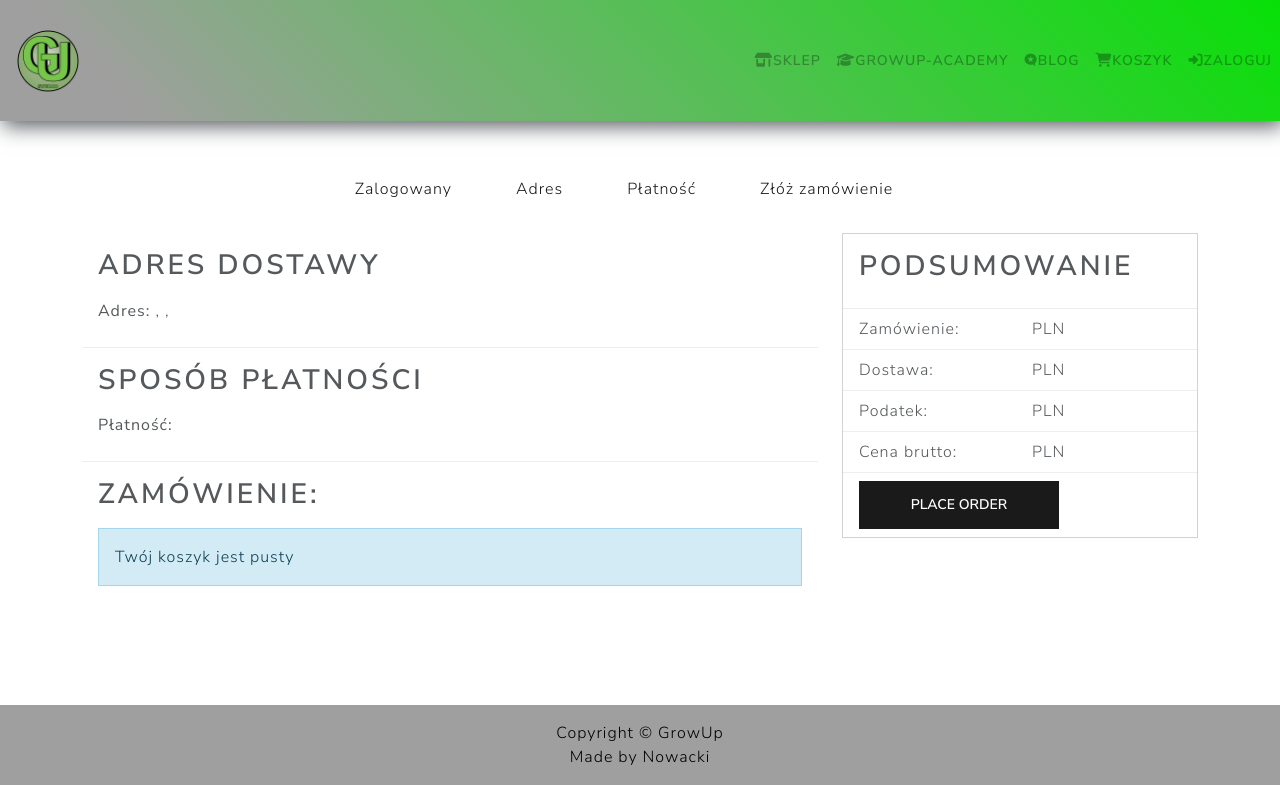
Repository: Nowacki97PL/GrowUpFullStack
Page: /placeorder (app in grow-up-fe/)
The author's editor kept a copy of each file at every save. The page is drawn from the files as they stood at one save, then again after the next save.
The browser window is 1280 px wide. The pictures show the whole page.
The project was rebuilt for these pictures with package versions that can differ from the ones it lists, and the page was loaded fresh each time. Also part of the build but not shown: grow-up-fe/src/components/Rating.js, grow-up-fe/src/components/Product.js, grow-up-fe/src/components/Loader.js, grow-up-fe/src/actions/productActions.js, grow-up-fe/src/screens/ShopScreen.js, grow-up-fe/src/screens/ProductScreen.js, grow-up-fe/src/screens/HomeScreen.js, grow-up-fe/src/actions/cartActions.js and 7 more.

Above is the page before, as saved 2024-02-24 18:22:05.

### grow-up-fe/public/index.html
<!doctype html>
<html lang="pl">
  <head>
    <meta charset="utf-8">
    <meta name="viewport" content="width=device-width, initial-scale=1">
    <link rel="shortcut icon" href="%PUBLIC_URL%/logo.png">
    <link rel="stylesheet" href="https://cdnjs.cloudflare.com/ajax/libs/font-awesome/6.5.1/css/all.min.css" integrity="sha512-DTOQO9RWCH3ppGqcWaEA1BIZOC6xxalwEsw9c2QQeAIftl+Vegovlnee1c9QX4TctnWMn13TZye+giMm8e2LwA==" crossorigin="anonymous" referrerpolicy="no-referrer" />
    <!--
      Notice the use of %PUBLIC_URL% in the tag above.
      It will be replaced with the URL of the `public` folder during the build.
      Only files inside the `public` folder can be referenced from the HTML.

      Unlike "/favicon.ico" or "favicon.ico", "%PUBLIC_URL%/favicon.ico" will
      work correctly both with client-side routing and a non-root public URL.
      Learn how to configure a non-root public URL by running `npm run build`.
    -->
    <title>Grow-Up</title>
  </head>
  <body>
    <div id="root"></div>
    <!--
      This HTML file is a template.
      If you open it directly in the browser, you will see an empty page.

      You can add webfonts, meta tags, or analytics to this file.
      The build step will place the bundled scripts into the <body> tag.

      To begin the development, run `npm start`.
      To create a production bundle, use `npm run build`.
    -->
  </body>
</html>

### grow-up-fe/src/index.js
import React from 'react';
import ReactDOM from 'react-dom/client';
import {Provider} from 'react-redux'
import store from './store'

import App from './App';
import './index.css';
import './bootstrap.css';

const rootElement = document.getElementById('root');

// Użyj createRoot zamiast ReactDOM.render
const root = ReactDOM.createRoot(rootElement);
root.render(
<Provider store={store}>
<App />
</Provider>);

### grow-up-fe/src/store.js
import { createStore, combineReducers, applyMiddleware } from "redux";
import { thunk } from "redux-thunk";
import { composeWithDevTools } from "redux-devtools-extension";
import {
	productListReducers,
	productDetailsReducers,
} from "./reducers/productReducers";
import { cartReducer } from "./reducers/cartReducers";
import { userLoginReducer, userRegisterReducer, userDetailsReducer, userUpdateProfileReducer } from "./reducers/userReducers";

const reducer = combineReducers({
	productList: productListReducers,
	productDetails: productDetailsReducers,
	cart: cartReducer,
	userLogin: userLoginReducer,
	userRegister: userRegisterReducer,
	userDetails: userDetailsReducer,
	userUpdateProfile: userUpdateProfileReducer,
});

const cartItemsFromStorage = localStorage.getItem("cartItems")
	? JSON.parse(localStorage.getItem("cartItems"))
	: [];

const userInfoFromStorage = localStorage.getItem("userInfo")
	? JSON.parse(localStorage.getItem("userInfo"))
	: null;

const shippingAddressFromStorage = localStorage.getItem('shippingAddress') ?
    JSON.parse(localStorage.getItem('shippingAddress')) : {}

	const initialState = {
		cart: {
			cartItems: cartItemsFromStorage,
			shippingAddress: shippingAddressFromStorage,
		},
		userLogin: { userInfo: userInfoFromStorage },
	}

const middleware = [thunk];

const store = createStore(
	reducer,
	initialState,
	composeWithDevTools(applyMiddleware(...middleware))
);

store.subscribe(() => {
	const { cart } = store.getState();
	localStorage.setItem("cartItems", JSON.stringify(cart.cartItems));
});

export default store;

### grow-up-fe/src/App.js
import React from "react";

import { Container } from "react-bootstrap";
import { BrowserRouter as Router, Route, Routes } from "react-router-dom";

import Header from "./components/Header";
import Footer from "./components/Footer";
import ShopScreen from "./screens/ShopScreen";
import ProductScreen from "./screens/ProductScreen";
import HomeScreen from './screens/HomeScreen'
import CartScreen from './screens/CartScreen'
import LoginScreen from './screens/LoginScreen'
import RegisterScreen from './screens/RegisterScreen'
import ProfileScreen from './screens/ProfileScreen'
import ShippingScreen from "./screens/ShippingScreen";
import PaymentScreen from "./screens/PaymentScreen";
import PlaceOrderScreen from "./screens/PlaceOrderScreen";

function App() {
	return (
		<Router>
			<Header />
			<main className="py-5">
				<Container>
					<Routes>
						<Route path="/" element={<HomeScreen />}></Route>
						<Route path="/login" element={<LoginScreen />}></Route>
						<Route path="/register" element={<RegisterScreen />}></Route>
						<Route path="/profile" element={<ProfileScreen />}></Route>
						<Route path="/shipping" element={<ShippingScreen/>}></Route>
						<Route path="/payment" element={<PaymentScreen/>}></Route>
						<Route path="/placeorder" element={<PlaceOrderScreen/>}></Route>
						<Route path="/shop" element={<ShopScreen />}></Route>
						<Route path="/product/:id" element={<ProductScreen />}></Route>
						<Route path="/cart/:id?" element={<CartScreen />}></Route>
					</Routes>
				</Container>
			</main>
			<Footer />
		</Router>
	);
}

export default App;

### grow-up-fe/src/index.css
main {
  min-height: 81.1vh;
  width: 100%;
}


.nav-main {
  width: 100%;
  margin: 0;
}

#Navbar {
  background: linear-gradient(45deg, rgb(160, 159, 159) 10%, rgb(7, 224, 7));
  box-shadow: 3px 5px 20px;
  display: flex;
  justify-content: space-between;
  align-items: center;
}

.navbar-toggler {
  margin-right: 1rem;
}

.img-logo img {
  display: flex;
  height: 3.95rem;
  margin-left: 1rem;
}

#card-title {
  text-decoration: none;
}

h1 {
  font-size: 1.8rem;
  padding: 1rem 0;
}

h2 {
  font-size: 1.4rem;
  padding: 0.5rem 0;
}

h3 {
  padding: 1rem 0;
}

.rating span {
  margin: 0.1rem;
}

#card-border-color {
  border-color: rgb(7, 224, 7);
}

#placeOrderButton {
  width: 100%;
}

.Footer-main {
  background:  rgb(160, 159, 159);
  width: 100%;
  color: black;
}

.custom-btn {
  width: 200px !important;
  margin: 0 auto;
}

### grow-up-fe/src/reducers/productReducers.js
import {
	PRODUCT_LIST_REQUEST,
	PRODUCT_LIST_SUCCESS,
	PRODUCT_LIST_FAIL,
	PRODUCT_DETAILS_REQUEST,
	PRODUCT_DETAILS_SUCCESS,
	PRODUCT_DETAILS_FAIL
} from "../constants/productConstants";

export const productListReducers = (state = { products: [] }, action) => {
	switch (action.type) {
		case PRODUCT_LIST_REQUEST:
			return { loading: true, products: [] };

		case PRODUCT_LIST_SUCCESS:
			return { loading: false, products: action.payload };

		case PRODUCT_LIST_FAIL:
			return { loading: false, error: action.payload };

		default:
			return state;
	}
};


export const productDetailsReducers = (state = { product: {reviews: []} }, action) => {
	switch (action.type) {
		case PRODUCT_DETAILS_REQUEST:
			return { loading: true, ...state };

		case PRODUCT_DETAILS_SUCCESS:
			return { loading: false, product: action.payload };

		case PRODUCT_DETAILS_FAIL:
			return { loading: false, error: action.payload };

		default:
			return state;
	}
};

### grow-up-fe/src/reducers/cartReducers.js
import {
    CART_ADD_ITEM,
    CART_REMOVE_ITEM,
    CART_SAVE_SHIPPING_ADDRESS,

    CART_SAVE_PAYMENT_METHOD,

    CART_CLEAR_ITEMS,
} from '../constants/cartConstans'

export const cartReducer = (state = { cartItems: [] }, action) => {
	switch (action.type) {
		case CART_ADD_ITEM:
			const item = action.payload;
			const existItem = state.cartItems.find((x) => x.product === item.product);

			if (existItem) {
				return {
					...state,
					cartItems: state.cartItems.map((x) =>
						x.product === existItem.product ? item : x
					),
				};
			} else {
				return {
					...state,
					cartItems: [...state.cartItems, item],
				};
			}

		case CART_REMOVE_ITEM:
			return {
				...state,
				cartItems: state.cartItems.filter((x) => x.product !== action.payload),
			};

			case CART_SAVE_SHIPPING_ADDRESS:
				return {
					...state,
					shippingAddress: action.payload
				}

			case CART_SAVE_PAYMENT_METHOD:
				return {
					...state,
					paymentMethod: action.payload
				}

			case CART_CLEAR_ITEMS:
				return {
					...state,
					cartItems: []
				}


		default:
			return state;
	}
};

### grow-up-fe/src/reducers/userReducers.js
import {
	USER_LOGIN_REQUEST,
	USER_LOGIN_SUCCESS,
	USER_LOGIN_FAIL,
	USER_LOGOUT,
	USER_REGISTER_REQUEST,
	USER_REGISTER_SUCCESS,
	USER_REGISTER_FAIL,
	USER_DETAILS_REQUEST,
	USER_DETAILS_SUCCESS,
	USER_DETAILS_FAIL,
	USER_DETAILS_RESET,
	USER_UPDATE_PROFILE_REQUEST,
	USER_UPDATE_PROFILE_SUCCESS,
	USER_UPDATE_PROFILE_FAIL,
	USER_UPDATE_PROFILE_RESET,
} from "../constants/userConstans";

export const userLoginReducer = (state = {}, action) => {
	switch (action.type) {
		case USER_LOGIN_REQUEST:
			return { loading: true };

		case USER_LOGIN_SUCCESS:
			return { loading: false, userInfo: action.payload };

		case USER_LOGIN_FAIL:
			return { loading: false, error: action.payload };

		case USER_LOGOUT:
			return { loading: false };

		default:
			return state;
	}
};

export const userRegisterReducer = (state = {}, action) => {
	switch (action.type) {
		case USER_REGISTER_REQUEST:
			return { loading: true };

		case USER_REGISTER_SUCCESS:
			return { loading: false, userInfo: action.payload };

		case USER_REGISTER_FAIL:
			return { loading: false, error: action.payload };

		case USER_LOGOUT:
			return { loading: false };

		default:
			return state;
	}
};

export const userDetailsReducer = (state = { user: {} }, action) => {
	switch (action.type) {
		case USER_DETAILS_REQUEST:
			return { ...state, loading: true };

		case USER_DETAILS_SUCCESS:
			return { loading: false, user: action.payload };

		case USER_DETAILS_FAIL:
			return { loading: false, error: action.payload };

		case USER_DETAILS_RESET:
			return { user: {} };

		default:
			return state;
	}
};

export const userUpdateProfileReducer = (state = {}, action) => {
	switch (action.type) {
		case USER_UPDATE_PROFILE_REQUEST:
			return { loading: true };

		case USER_UPDATE_PROFILE_SUCCESS:
			return { loading: false, success: true, userInfo: action.payload };

		case USER_UPDATE_PROFILE_FAIL:
			return { loading: false, error: action.payload };

		case USER_UPDATE_PROFILE_RESET:
			return {};

		default:
			return state;
	}
};

### grow-up-fe/src/components/Header.js
import React from "react";
import { useDispatch, useSelector } from "react-redux";
import Nav from "react-bootstrap/Nav";
import Navbar from "react-bootstrap/Navbar";
import { Container, NavDropdown } from "react-bootstrap";
import { LinkContainer } from "react-router-bootstrap";
import { logout } from "../actions/userActions";

function Header() {
	const userLogin = useSelector((state) => state.userLogin);
	const { userInfo } = userLogin;
	const dispatch = useDispatch();

	const logoutHandler = () => {
		dispatch(logout());
	};

	return (
		<header>
			<Navbar expand="md" id="Navbar" collapseOnSelect>

					<LinkContainer to="/">
						<Navbar.Brand className="img-logo">
							<img src="logo.png" alt="logo"></img>
						</Navbar.Brand>
					</LinkContainer>

					<Navbar.Toggle aria-controls="basic-navbar-nav" />
					<Navbar.Collapse id="basic-navbar-nav">
						<Nav className="ms-md-auto">
							<LinkContainer to="/shop">
								<Nav.Link>
									<i className="fa-solid fa-shop"></i>
									Sklep
								</Nav.Link>
							</LinkContainer>

							<LinkContainer to="/growup-academy">
								<Nav.Link>
									<i className="fa-solid fa-graduation-cap"></i>
									GrowUp-Academy
								</Nav.Link>
							</LinkContainer>

							<LinkContainer to="/blog">
								<Nav.Link>
									<i className="fa-brands fa-microblog"></i>
									blog
								</Nav.Link>
							</LinkContainer>

							<LinkContainer to="/cart">
								<Nav.Link>
									<i className="fas fa-shopping-cart"></i>Koszyk
								</Nav.Link>
							</LinkContainer>

							{userInfo ? (
								<NavDropdown title={userInfo.name} id="username">
									<LinkContainer to="/profile">
										<NavDropdown.Item>
											<i className="fas fa-user"></i>Profil
										</NavDropdown.Item>
									</LinkContainer>
									<NavDropdown.Item onClick={logoutHandler}>
										<i className="fa-solid fa-right-from-bracket"></i>
										Wyloguj
									</NavDropdown.Item>
								</NavDropdown>
							) : (
								<LinkContainer to="/login">
									<Nav.Link>
										<i className="fa-solid fa-right-to-bracket"></i>
										Zaloguj
									</Nav.Link>
								</LinkContainer>
							)}
						</Nav>
					</Navbar.Collapse>

			</Navbar>
		</header>
	);
}

export default Header;

### grow-up-fe/src/components/Footer.js
import React from 'react'
import {Container, Row, Col} from 'react-bootstrap'

function Footer() {
  return (
    <footer className='Footer-main'>
      <Container>
        <Row>
          <Col className='text-center py-3'>
          Copyright &copy; GrowUp <br></br>
          Made by Nowacki
          </Col>
        </Row>
      </Container>

    </footer>
  )
}

export default Footer

### grow-up-fe/src/screens/PlaceOrderScreen.js
import React, { useState, useEffect } from "react";
import { Button, Row, Col, ListGroup, Image, Card } from "react-bootstrap";
import { Link } from "react-router-dom";
import { useNavigate } from "react-router-dom";
import { useDispatch, useSelector } from "react-redux";
import Message from "../components/Message";
import CheckoutSteps from "../components/CheckoutSteps";
function PlaceOrderScreen() {
	const cart = useSelector((state) => state.cart);
	const placeOrder = () => {
		console.log("Place Order");
	};

	return (
		<div>
			<CheckoutSteps step1 step2 step3 step4 />
			<Row>
				<Col md={8}>
					<ListGroup variant="flush">
						<ListGroup.Item>
							<h2>Adres dostawy</h2>

							<p>
								<strong>Adres: </strong>
								{cart.shippingAddress.address}, {cart.shippingAddress.city}
								{"  "}
								{cart.shippingAddress.postalCode},{cart.shippingAddress.country}
							</p>
						</ListGroup.Item>

						<ListGroup.Item>
							<h2>Sposób płatności</h2>

							<p>
								<strong>Płatność: </strong>
								{cart.paymentMethod}
							</p>
						</ListGroup.Item>

						<ListGroup.Item>
							<h2>Zamówienie:</h2>
							{cart.cartItems.length === 0 ? (
								<Message variant="info">Twój koszyk jest pusty</Message>
							) : (
								<ListGroup variant="flush">
									{cart.cartItems.map((item, index) => (
										<ListGroup.Item key={index}>
											<Row>
												<Col md={3}>
													<Image
														src={item.image}
														alt={item.name}
														fluid
														rounded
													/>
												</Col>
												<Col>
													<Link to={`/product/${item.product}`}>
														{item.name}
													</Link>
												</Col>
												<Col md={4}>
													{item.qty} x {item.price} ={" "}
													{(item.qty * item.price).toFixed(2)} PLN
												</Col>
											</Row>
										</ListGroup.Item>
									))}
								</ListGroup>
							)}
						</ListGroup.Item>
					</ListGroup>
				</Col>

				<Col md={4}>
					<Card>
						<ListGroup variant="flush">
							<ListGroup.Item>
								<h2>Podsumowanie</h2>
							</ListGroup.Item>

							<ListGroup.Item>
								<Row>
									<Col>Zamówienie:</Col>
									<Col>{cart.cartItems.price} PLN</Col>
								</Row>
							</ListGroup.Item>

							<ListGroup.Item>
								<Row>
									<Col>Dostawa:</Col>
									<Col>{cart.shippingPrice} PLN</Col>
								</Row>
							</ListGroup.Item>

							<ListGroup.Item>
								<Row>
									<Col>Podatek:</Col>
									<Col>{cart.taxPrice} PLN</Col>
								</Row>
							</ListGroup.Item>

							<ListGroup.Item>
								<Row>
									<Col>Cena brutto:</Col>
									<Col>{cart.totalPrice} PLN</Col>
								</Row>
							</ListGroup.Item>

							 <ListGroup.Item>
                                <Button
                                    type='button'
                                    className='custom-btn'
                                    disabled={cart.cartItems === 0}
                                    onClick={placeOrder}
                                >
                                    Place Order
                                </Button>
                            </ListGroup.Item>
						</ListGroup>
					</Card>
				</Col>
			</Row>
		</div>
	);
}

export default PlaceOrderScreen;

### grow-up-fe/src/constants/productConstants.js
export const PRODUCT_LIST_REQUEST = 'PRODUCT_LIST_REQUEST'
export const PRODUCT_LIST_SUCCESS = 'PRODUCT_LIST_SUCCESS'
export const PRODUCT_LIST_FAIL = 'PRODUCT_LIST_FAIL'


export const PRODUCT_DETAILS_REQUEST = 'PRODUCT_DETAILS_REQUEST'
export const PRODUCT_DETAILS_SUCCESS = 'PRODUCT_DETAILS_SUCCESS'
export const PRODUCT_DETAILS_FAIL = 'PRODUCT_DETAILS_FAIL'

### grow-up-fe/src/constants/userConstans.js
export const USER_LOGIN_REQUEST = "USER_LOGIN_REQUEST";
export const USER_LOGIN_SUCCESS = "USER_LOGIN_SUCCESS";
export const USER_LOGIN_FAIL = "USER_LOGIN_FAIL";

export const USER_LOGOUT = "USER_LOGIN_REQUEST";

export const USER_REGISTER_REQUEST = "USER_REGISTER_REQUEST";
export const USER_REGISTER_SUCCESS = "USER_REGISTER_SUCCESS";
export const USER_REGISTER_FAIL = "USER_REGISTER_FAIL";

export const USER_DETAILS_REQUEST = "USER_DETAILS_REQUEST";
export const USER_DETAILS_SUCCESS = "USER_DETAILS_SUCCESS";
export const USER_DETAILS_FAIL = "USER_DETAILS_FAIL";
export const USER_DETAILS_RESET = "USER_DETAILS_RESET";

export const USER_UPDATE_PROFILE_REQUEST = "USER_UPDATE_PROFILE_REQUEST";
export const USER_UPDATE_PROFILE_SUCCESS = "USER_UPDATE_PROFILE_SUCCESS";
export const USER_UPDATE_PROFILE_FAIL = "USER_UPDATE_PROFILE_FAIL";
export const USER_UPDATE_PROFILE_RESET = "USER_UPDATE_PROFILE_RESET";

export const USER_LIST_REQUEST = "USER_LIST_REQUEST";
export const USER_LIST_SUCCESS = "USER_LIST_SUCCESS";
export const USER_LIST_FAIL = "USER_LIST_FAIL";
export const USER_LIST_RESET = "USER_LIST_RESET";

export const USER_DELETE_REQUEST = "USER_DELETE_REQUEST";
export const USER_DELETE_SUCCESS = "USER_DELETE_SUCCESS";
export const USER_DELETE_FAIL = "USER_DELETE_FAIL";

export const USER_UPDATE_REQUEST = "USER_UPDATE_REQUEST";
export const USER_UPDATE_SUCCESS = "USER_UPDATE_SUCCESS";
export const USER_UPDATE_FAIL = "USER_UPDATE_FAIL";
export const USER_UPDATE_RESET = "USER_UPDATE_RESET";

### grow-up-fe/src/actions/userActions.js
import {
	USER_LOGIN_REQUEST,
	USER_LOGIN_SUCCESS,
	USER_LOGIN_FAIL,
	USER_LOGOUT,
	USER_REGISTER_REQUEST,
	USER_REGISTER_SUCCESS,
	USER_REGISTER_FAIL,
	USER_DETAILS_REQUEST,
	USER_DETAILS_SUCCESS,
	USER_DETAILS_FAIL,
	USER_DETAILS_RESET,
	USER_UPDATE_PROFILE_REQUEST,
	USER_UPDATE_PROFILE_SUCCESS,
	USER_UPDATE_PROFILE_FAIL,
	USER_UPDATE_PROFILE_RESET,
} from "../constants/userConstans";
import axios from "axios";

export const login = (email, password) => async (dispatch) => {
	try {
		dispatch({
			type: USER_LOGIN_REQUEST,
		});

		const config = {
			headers: {
				"Content-type": "application/json",
			},
		};

		const { data } = await axios.post(
			"/api/users/login/",
			{ username: email, password: password },
			config
		);

		dispatch({
			type: USER_LOGIN_SUCCESS,
			payload: data,
		});

		localStorage.setItem("userInfo", JSON.stringify(data));
	} catch (error) {
		dispatch({
			type: USER_LOGIN_FAIL,
			payload:
				error.response && error.response.data.detail
					? error.response.data.detail
					: error.massage,
		});
	}
};

export const logout = () => {
	return (dispatch) => {
		localStorage.removeItem("userInfo");
		dispatch({ type: USER_LOGOUT });
		dispatch({ type: USER_DETAILS_RESET });
	};
};

export const register = (name, email, password) => async (dispatch) => {
	try {
		dispatch({
			type: USER_REGISTER_REQUEST,
		});

		const config = {
			headers: {
				"Content-type": "application/json",
			},
		};

		const { data } = await axios.post(
			"/api/users/register/",
			{ name: name, email: email, password: password },
			config
		);

		dispatch({
			type: USER_REGISTER_SUCCESS,
			payload: data,
		});

		dispatch({
			type: USER_LOGIN_SUCCESS,
			payload: data,
		});

		localStorage.setItem("userInfo", JSON.stringify(data));
	} catch (error) {
		dispatch({
			type: USER_REGISTER_FAIL,
			payload:
				error.response && error.response.data
					? error.response.data[0]
					: error.massage,
		});
	}
};

export const getUserDetails = (id) => async (dispatch, getState) => {
	try {
		dispatch({
			type: USER_DETAILS_REQUEST,
		});

		const {
			userLogin: { userInfo },
		} = getState();

		const config = {
			headers: {
				"Content-type": "application/json",
				Authorization: `Bearer ${userInfo.token}`,
			},
		};

		const { data } = await axios.get(`/api/users/${id}/`, config);

		dispatch({
			type: USER_DETAILS_SUCCESS,
			payload: data,
		});
	} catch (error) {
		dispatch({
			type: USER_DETAILS_FAIL,
			payload:
				error.response && error.response.data.detail
					? error.response.data.detail
					: error.message,
		});
	}
};

export const updateUserProfile = (user) => async (dispatch, getState) => {
	try {
		dispatch({
			type: USER_UPDATE_PROFILE_REQUEST,
		});

		const {
			userLogin: { userInfo },
		} = getState();

		const config = {
			headers: {
				"Content-type": "application/json",
				Authorization: `Bearer ${userInfo.token}`,
			},
		};

		const { data } = await axios.put(
			`/api/users/profile/update/`,
			user,
			config
		);

		dispatch({
			type: USER_UPDATE_PROFILE_SUCCESS,
			payload: data,
		});

		dispatch({
			type: USER_LOGIN_SUCCESS,
			payload: data,
		});

		localStorage.setItem("userInfo", JSON.stringify(data));
	} catch (error) {
		dispatch({
			type: USER_UPDATE_PROFILE_FAIL,
			payload:
				error.response && error.response.data.detail
					? error.response.data.detail
					: error.message,
		});
	}
};

### grow-up-fe/src/components/Message.js
import React from 'react'
import {Alert} from 'react-bootstrap'

function Message({variant, children}) {
  return (
    <Alert variant={variant}>
      {children}
    </Alert>
  )
}

export default Message

### grow-up-fe/src/components/CheckoutSteps.js
import React from "react";
import { Nav } from "react-bootstrap";
import { LinkContainer } from "react-router-bootstrap";

function CheckoutSteps({ step1, step2, step3, step4 }) {
	return (
		<Nav className="justify-content-center mb-4">
			<Nav.Item>
				{step1 ? (
					<LinkContainer to="/login">
						<Nav.Link>Zalogowany</Nav.Link>
					</LinkContainer>
				) : (
					<Nav.Link disabled>Zalogowany</Nav.Link>
				)}
			</Nav.Item>

			<Nav.Item>
				{step2 ? (
					<LinkContainer to="/shipping">
						<Nav.Link>Adres</Nav.Link>
					</LinkContainer>
				) : (
					<Nav.Link disabled>Adres</Nav.Link>
				)}
			</Nav.Item>

			<Nav.Item>
				{step3 ? (
					<LinkContainer to="/payment">
						<Nav.Link>Płatność</Nav.Link>
					</LinkContainer>
				) : (
					<Nav.Link disabled>Płatność</Nav.Link>
				)}
			</Nav.Item>

			<Nav.Item>
				{step4 ? (
					<LinkContainer to="/placeorder">
						<Nav.Link>Złóż zamówienie</Nav.Link>
					</LinkContainer>
				) : (
					<Nav.Link disabled>Potwierdzenie</Nav.Link>
				)}
			</Nav.Item>
		</Nav>
	);
}

export default CheckoutSteps;

Loaded but not shown: grow-up-fe/src/bootstrap.css (library); grow-up-fe/src/constants/cartConstans.js (common file)

After the next save:
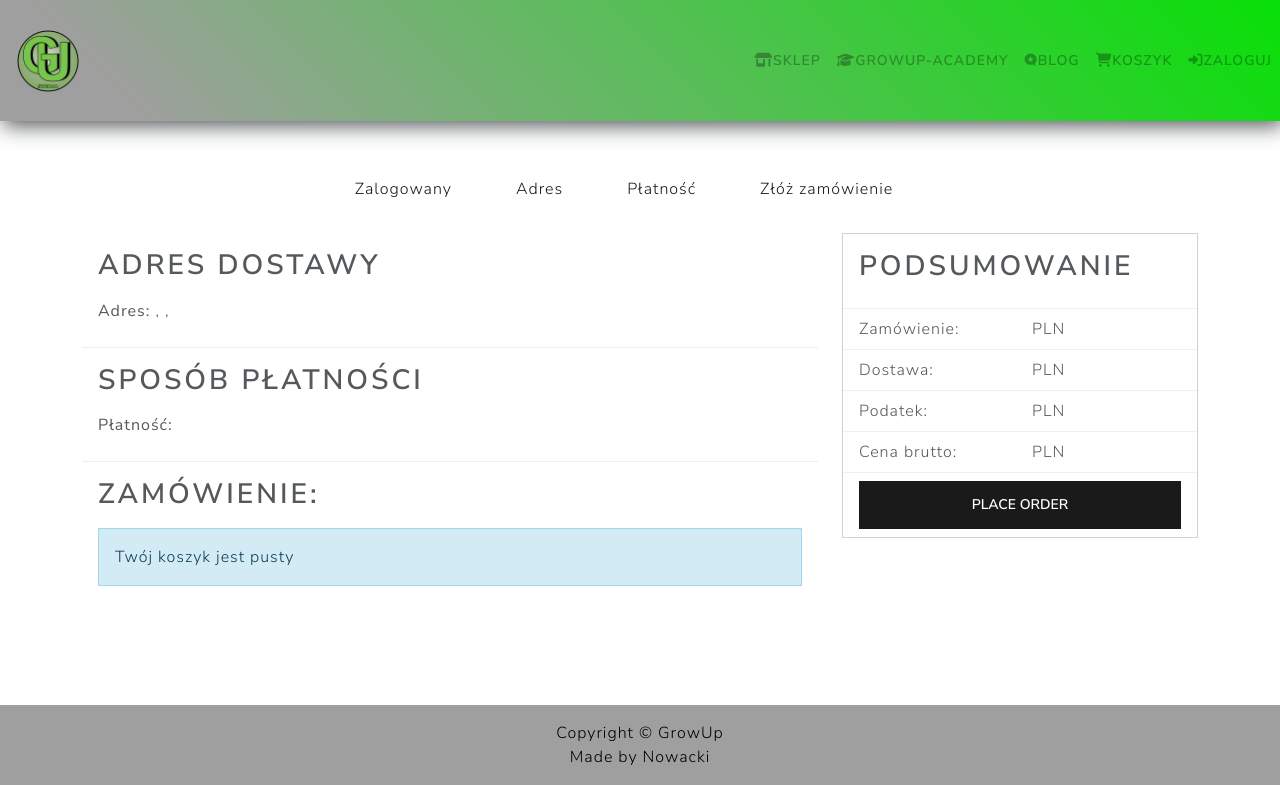
Saved 3 min 15 s later.
--- a/grow-up-fe/src/index.css
+++ b/grow-up-fe/src/index.css
@@ -63,7 +63,6 @@ h3 {
   color: black;
 }
 
-.custom-btn {
-  width: 200px !important;
-  margin: 0 auto;
+button {
+  width: 100%;
 }
